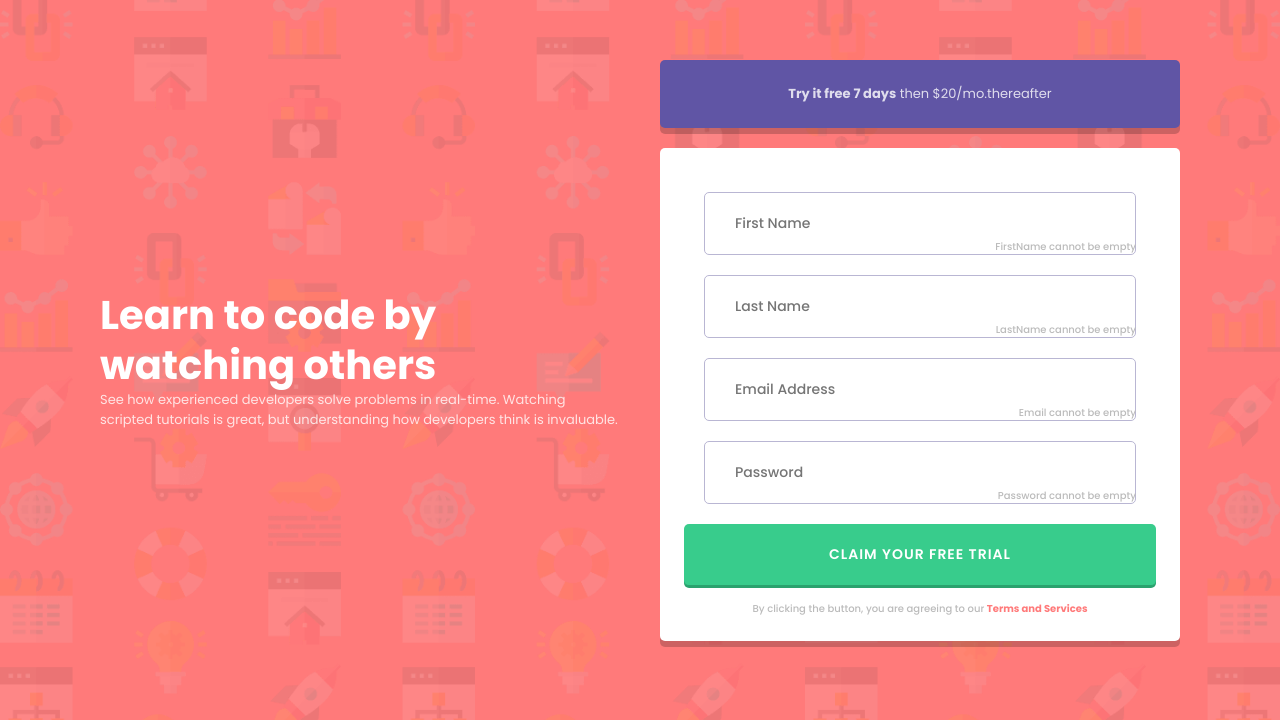
Repository: Akashiii1/WebSignup_Form_Day2
Page: index.html
An editor plug-in stored every save of this project. The page is shown before and after the next save, followed by the edit.
The browser window is 1280 px wide. The pictures show the whole page.

Above is the page before, as saved 2021-12-19 17:26:13.

### index.html
<!DOCTYPE html>
<html lang="en">
  <head>
    <meta charset="UTF-8" />
    <meta name="viewport" content="width=device-width, initial-scale=1.0" />
    <!-- displays site properly based on user's device -->

    <link
      rel="icon"
      type="image/png"
      sizes="32x32"
      href="./images/favicon-32x32.png"
    />

    <title>Frontend Mentor | Intro component with sign up form</title>

    <!-- Feel free to remove these styles or customise in your own stylesheet 👍 -->
    <link rel="stylesheet" href="style.css" />
    <style>
      .attribution {
        font-size: 11px;
        text-align: center;
      }

      .attribution a {
        color: hsl(228, 45%, 44%);
      }
    </style>
  </head>

  <body>
    <!--




  First Name
  Last Name
  Email Address
  Password



   -->
    <div class="container">
      <div>
        <h1>Learn to code by watching others</h1>
        <p>
          See how experienced developers solve problems in real-time. Watching
          scripted tutorials is great, but understanding how developers think is
          invaluable.
        </p>
      </div>
      <div>
        <div class="box box-blue">
          <p><strong> Try it free 7 days</strong> then $20/mo.thereafter</p>
        </div>
        <form action="" class="box" id="form">
          <div class="form-control">
            <input type="text" id="firstName" placeholder="First Name"/>
            <small>FirstName cannot be empty</small>
          </div>
          <div class="form-control">
            <input type="text" id="lastName" placeholder="Last Name"/>
            <small>LastName cannot be empty</small>
          </div>
          <div class="form-control">
            <input type="email" id="email" placeholder="Email Address"/>
            <small> Email cannot be empty </small>
            <!-- <small> Email is not valid</small> -->

          </div>
          <div class="form-control">
            <input type="password" id="passWord" placeholder="Password"/>
            <small> Password cannot be empty </small>
          </div>
          <button>Claim your free trial</button>
          <small
            >By clicking the button, you are agreeing to our
            <a href="">Terms and Services</a></small
          >
        </form>
      </div>
    </div>
    <!-- <footer>
      <p class="attribution">
        Challenge by
        <a href="https://www.frontendmentor.io?ref=challenge" target="_blank"
          >Frontend Mentor</a
        >. Coded by <a href="#">Your Name Here</a>.
      </p>
    </footer> -->
    <script src="app.js"></script>
  </body>
</html>

### style.css
@import url('https://fonts.googleapis.com/css2?family=Poppins:wght@400;500;600;700&display=swap');
html {
box-sizing: border-box;
font-size: 100%;
}
*{
margin: 0;
padding: 0;
}
*,*:before,*:after {
box-sizing: border-box;
}
input,
textarea,
select,
button{
outline: none;
}
input{
line-height: normal;
}
label,
button{
cursor: pointer;
}
a {
text-decoration: none;
}
img {
display: block;
max-width: 100%;
}
body{
  font-family: 'Poppins', sans-serif;
  background-image: url(images/bg-intro-desktop.png);
  background-size: cover;
  background-color: hsl(0, 100%, 74%) ;
  color: #fff;
  /* display: flex;
  justify-content: center;
  align-items: center; */
  overflow: hidden;
}
.container{
  display: flex;
  flex-wrap: wrap;
  max-width: 1200px;
  padding: 40px;
  justify-content: center;
  align-items: center;
  min-height: 100vh;
  margin-left: auto;
  margin-right: auto;

}
.container > div{
  flex: 1;
  padding: 0 20px;
}
.container h1{
  font-size: 40px;
  line-height: 50px;
}
.container p{
  opacity: 0.8;
  font-size: 13px;
}
.box{
  box-shadow: 0 6px rgba(0,0,0,.2);
  background-color: #fff;
  border-radius: 5px;
  margin-bottom: 20px;
  padding: 24px;
  text-align: center;
}
.box-blue{
  background-color: hsl(248, 32%, 49%) ;
}
.box p{

}
input{
  display: block;
  width: 100%;
  padding: 20px 30px;
  border-radius: 5px;
  font-weight: 500;
  font-size: 14px;
  outline: none;
  border: 1.3px solid hsl(246, 25%, 77%) ;
  font-family: 'Poppins', sans-serif;

}
input:focus{
  border:1.3px solid hsl(248, 32%, 49%);
  outline: none;
}
button{
  display: block;
  width: 100%;
  padding: 20px 30px;
  border-radius: 5px;

  font-size: 14px;

  border: 0;
  /* border: 1px solid hsl(246, 25%, 77%) ; */
  font-family: 'Poppins', sans-serif;
  background-color: hsl(154, 59%, 51%);
  color: #fff;
  font-weight: 600;
  letter-spacing: 1px;
  text-transform: uppercase;
  border-bottom: 1px solid hsl(154, 59%, 40%);
  box-shadow: 0 2px hsl(154, 59%, 40%);
  transition: all 4s ease;

}
button:focus{
  outline: none;
}
button:active{
 box-shadow: 0 0 hsl(154, 59%, 40%);
  transform: translateY(2px);
}
.box small{
  color:#bbb;
  font-size: 10px;
  display: block;
  margin-top: 15px;
  font-weight: 500;

}
small a{
  color: hsl(0, 100%, 74%);
  font-weight: 700;
}
/* .form-control small{
  display: none;
} */
.form-control{
  margin: 20px;
  position: relative;
}
.form-control small{
  text-align: right;
  position: absolute;
  bottom: 0;
  right: 0;
}

### app.js
const form=document.querySelector("#form");
form.addEventListener("submit",function(e){
  e.preventDefault();
  console.log(e.target);
})

After the next save:
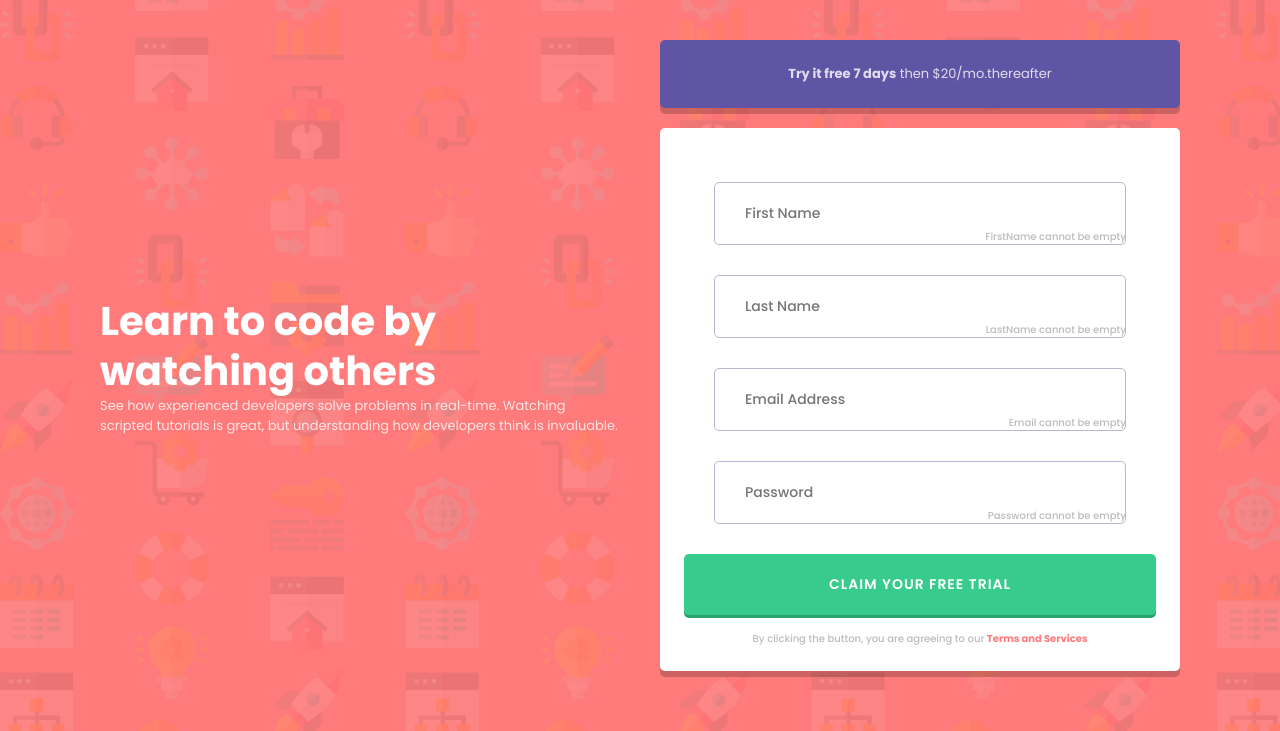
Saved 67 s later.
--- a/style.css
+++ b/style.css
@@ -139,7 +139,7 @@ small a{
   display: none;
 } */
 .form-control{
-  margin: 20px;
+  margin: 30px;
   position: relative;
 }
 .form-control small{
